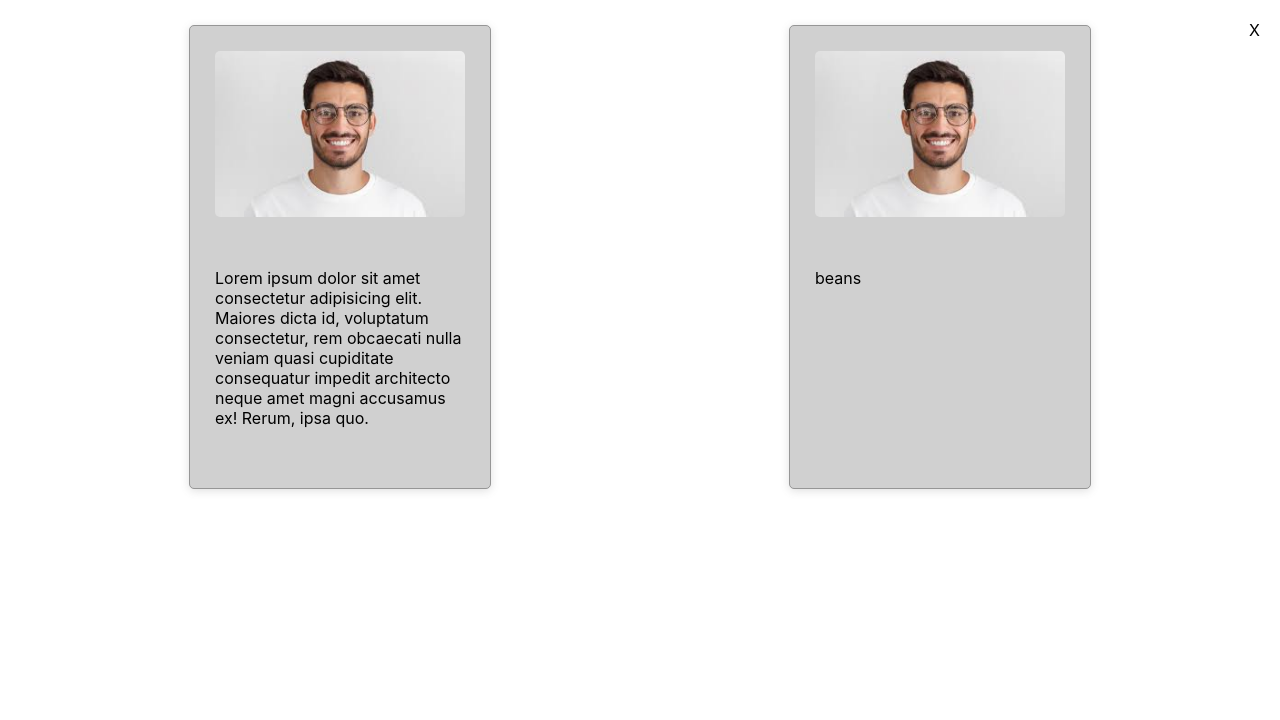
Repository: mikelnorth/team-profile-demo
Page: /
The author's editor kept a copy of each file at every save. The page is drawn from the files as they stood at one save, then again after the next save.
The browser window is 1280 px wide. The pictures show the whole page.
The project was rebuilt for these pictures with package versions that can differ from the ones it lists, and the page was loaded fresh each time.

Above is the page before, as saved 2022-05-19 19:26:15.

After the next save:
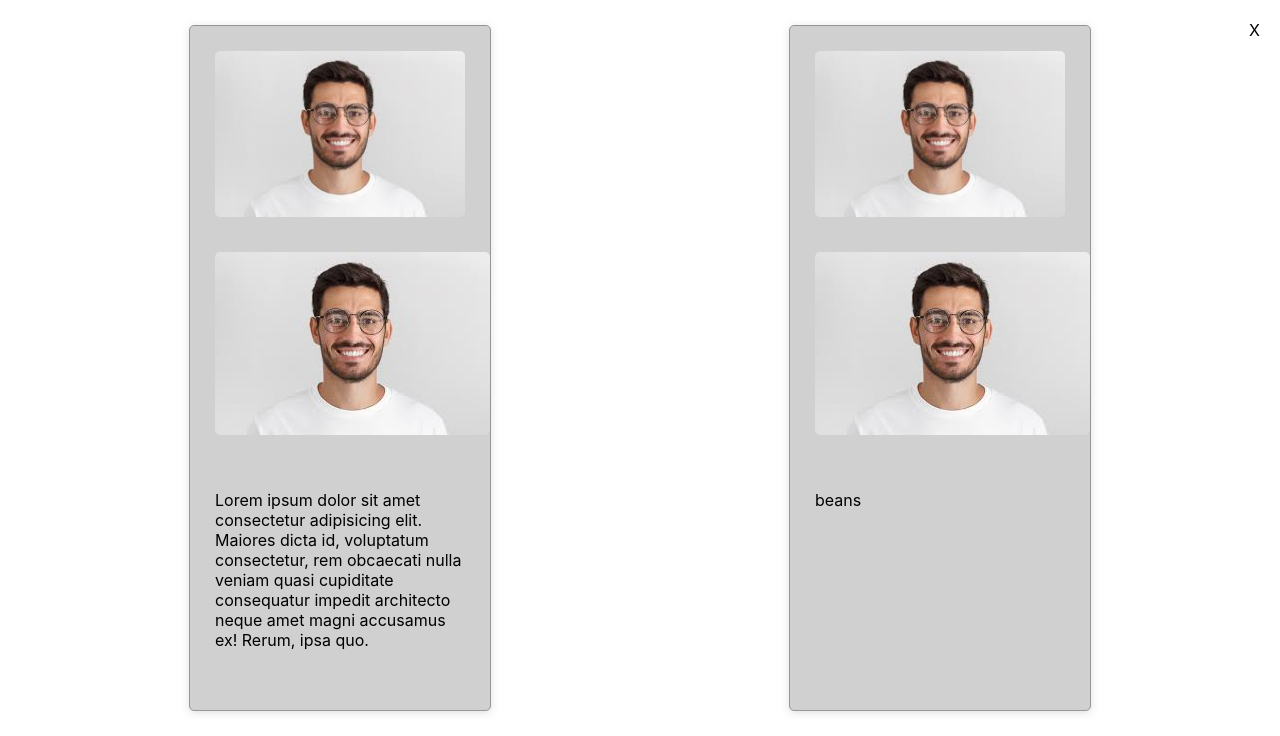
Saved 42 s later.
--- a/src/App.js
+++ b/src/App.js
@@ -14,7 +14,11 @@ function App() {
 
       <main>
         {people.map((person) => {
-          return <Card person={person}><p>{person.text}</p></Card>
+          return <Card person={person}><div>
+            <img src={person.image}/>
+            <p>{person.text}</p>
+            </div>
+            </Card>
         })}
       </main>
 
